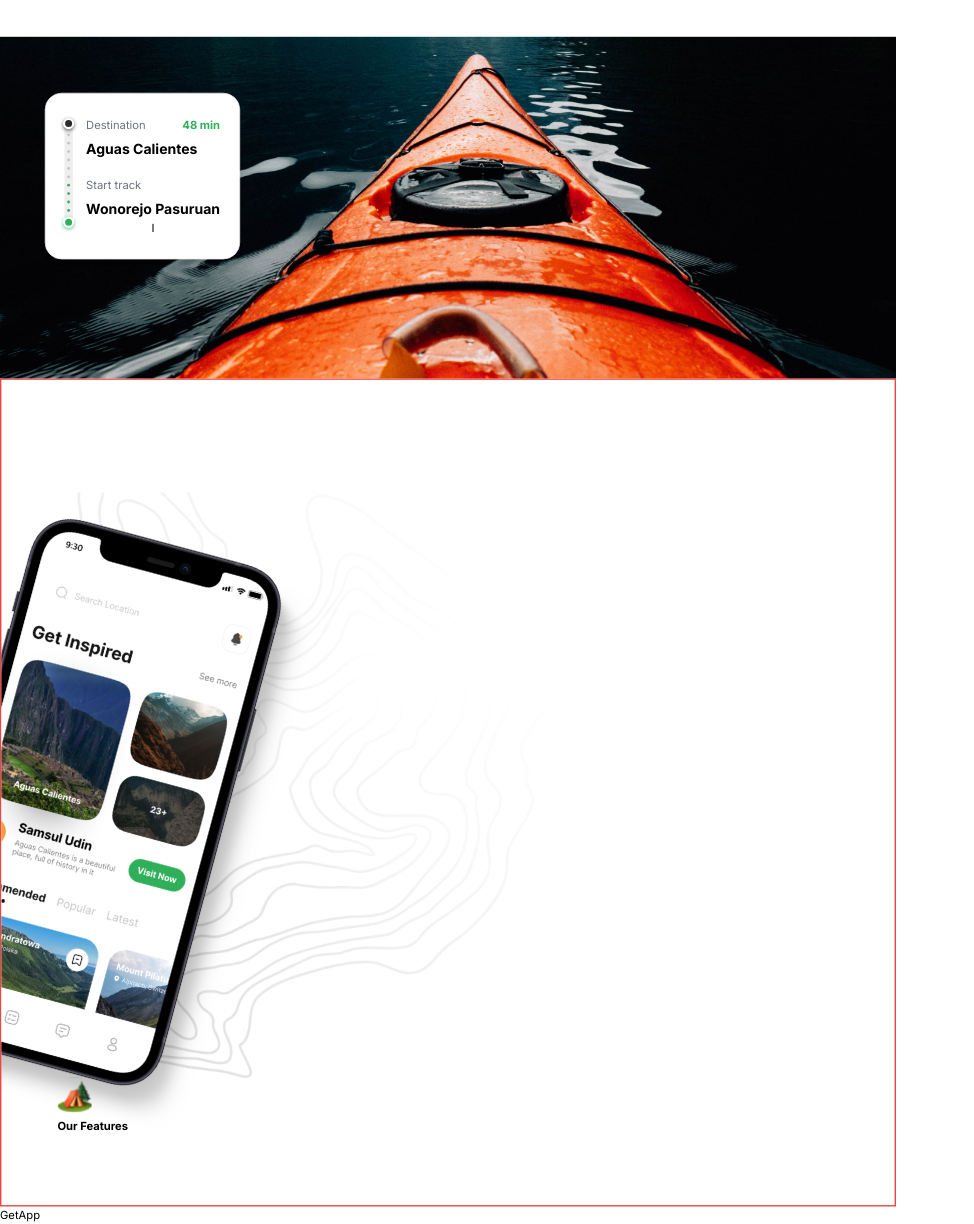
Repository: abdulrahmanmahmood/Travel-App
Page: /
An editor plug-in stored every save of this project. The page is shown before and after the next save, followed by the edit.
The browser window is 1280 px wide. The page is 1392 px wide, so the pictures cover 1392 px, including what lies to the right of the window. The pictures show the part of the page from y = 2131 to 3891 px (the page is 3879 px tall before and 3891 px after), at 70% of full size.
The project was rebuilt for these pictures with package versions that can differ from the ones it lists, and the page was loaded fresh each time. The framework's server and built-in components were replaced by stand-ins that run in the browser. Also part of the build but not shown: next.config.js.

Above is the page before, as saved 2023-11-08 11:39:01.

### app/layout.tsx
import './globals.css'
import type { Metadata } from 'next';
import './globals.css'
import Navbar from '@/components/Navbar';


export const metadata: Metadata = {
  title: 'Travel',
  description: 'Travel UI/UX App for camping',
}

export default function RootLayout({
  children,
}: {
  children: React.ReactNode
}) {
  return (
    <html lang="en">
      <body >
        <Navbar/>
        {children}
      </body>
    </html>
  )
}

### app/page.tsx
import Features from "@/components/Features"
import GetApp from "@/components/GetApp"
import Guide from "@/components/Guide"
import Hero from "@/components/Hero"
import Camp from "@/components/camp"

export default function Home() {
  return (
    <>
    <Hero/>
    <Camp/>
    <Guide/>
    <Features/>
    <GetApp/>
 </>
  )
}

### components/Navbar.tsx
import { NAV_LINKS } from "@/constants";
import Image from "next/image";
import Link from "next/link";
import Button from "./Button";

const Navbar = () => {
  return (
    <nav
      className=" flexBetween max-container padding-container relative z-30
    py-5"
    >
      <Link href="/">
        <Image src="/hilink-logo.svg" alt="logo" width={74} height={28} />
      </Link>
      <ul className="hidden h-full gap-12 lg:flex">
        {NAV_LINKS.map((link) => (
          <Link
            href={link.href}
            key={link.key}
            className="regular-16 text-gray-50 flexCenter cursor-pointer pb-1.5 transition-all hover:font-bold"
          >
            {link.label}
          </Link>
        ))}
      </ul>
      <div className="lg:flexCenter  hidden ">
        <Button
          type="button"
          title="Login"
          icon="/user.svg"
          variant="btn_dark_green"
        />
      </div>
      <Image
        src="/menu.svg"
        alt="menu"
        width={32}
        height={32}
        className="inline-block cursor-pointer lg:hidden"
      />
    </nav>
  );
};

export default Navbar;

### components/Features.tsx
import Image from "next/image"


function Features() {
  return (
    <section className="border-2 border-red-500 flex-col  flexCenter overflow-hidden bg-feature-bg bg-center bg-no-repeat py-24">
      <div className="max-container padding-container relative w-full justify-end">
        <div className="flex flex-1 lg:min-h-[900px]">
          <Image src='/phone.png' alt="phone" height={1000} width={440} className="feature-phone"/>
        </div>
        <div className="z-20 flex w-full flex-col  lg:2-[60%]">
          <div className="relative ">
            <Image src='/camp.svg' alt="camp" width={50} height={50}/>
            <h2 className="bold-16 text-3xl">Our Features</h2>
          </div>
        </div>
      </div>

    </section>
  )
}

export default Features

### components/GetApp.tsx


function GetApp() {
  return (
    <div>GetApp</div>
  )
}

export default GetApp

### components/Guide.tsx
import Image from "next/image";

function Guide() {
  return (
    <section className="flexCenter flex-col">
      <div className=" padding-container max-container w-full pb-24  ">
        <Image src="/camp.svg" alt="camp" width={50} height={50} />
        <p className="uppercase text-xl bold text-green-500 -mt-1 mb-3 ">
          WE ARE here FOR YOU
        </p>
        <div className="flex flex-wrap justify-between gap-5 lg:gap-10">
          <h2 className="capitalize  bold-40 lg:bold-64 xl:max-w-[390px]">
            Guide You to Easy Path
          </h2>
          <p className=" regular-16 text-gray-30 xl:max-w-[520px]">
            Only with the hilink application you will no longer get lost and get
            lost again, because we already support offline maps when there is no
            internet connection in the field. Invite your friends, relatives and
            friends to have fun in the wilderness through the valley and reach
            the top of the mountain
          </p>
        </div>
      </div>
      <div className=" flexCenter max-container relative w-full ">
        <Image
          src="/boat.png"
          alt="image"
          width={1440}
          height={580}
          className="w-full object-cover object-center 2xl:rounded-5"
        />
        <div className="absolute flex bg-white py-8 pl-5 pr-7 gap-3 rounded-3xl border shadow-md md:left-[5%] lg:top-20">
          <Image src='/meter.svg' alt="meter" width={15} height={158} className="h-full w-auto"/>
          <div className="flexBetween flex-col ">
            <div className="flex w-full flex-col">
              <div className="flexBetween w-full ">
                <p className="regular-16 text-gray-500">Destination</p>
                <p className="bold-16 text-green-50">48 min</p>
              </div>
              <p className="bold-20 mt-2 mb-2 ">Aguas Calientes</p>
            </div>
            <div className="flex w-full flex-col">
              <p className="regular-16 text-gray-500 mt-4">Start track</p>
              <h4 className="bold-20 mt-2 whitespace-nowrap">Wonorejo Pasuruan</h4>
            </div>
          I</div>
        </div>
      </div>
    </section>
  );
}

export default Guide;

### components/Hero.tsx
import Image from "next/image";
import Button from "./Button";

function Hero() {
  return (
    <section
      className="max-container padding-container flex flex-col gap-20
    py-10 pb-32 md:gap-27 lg:py-20  xl:flex-row"
    >
      <div className="hero-map" />
      {/* LEFT */}
      <div className="relative z-20 flex flex-1 flex-col xl:w-1/2">
        <Image
          src="/camp.svg"
          alt="camp"
          width={50}
          height={50}
          className="absolute left-[-5px] top-[-30px] w-10 lg:w-[50px]"
        />
        <h1 className="bold-52 lg:bold-88">Putuk Truno Camp Area</h1>
        <p className="regular-16 mt-6 text-gray-30 xl:max-w-[520px]">
          We want to be on each of your journeys seeking the satisfaction of
          seeing the incorruptible beauty of nature. We can help you on an
          adventure around the world in just one app
        </p>
        <div className="my-11 flex flex-wrap gap-5">
          <div className="flex items-center gap-2">
            {Array(5)
              .fill(1)
              .map((_, index) => (
                <Image
                  key={index}
                  src="/star.svg"
                  alt="star"
                  width={24}
                  height={24}
                />
              ))}
          </div>
          <p className="bold-16 lg:bold-20 text-blue-70">
            198k
            <span className="regular-16 lg:regular-20 ml-1 ">
              Excellent Reviews
            </span>
          </p>
        </div>
        <div className="flex flex-col w-full gap-3 sm:flex-row">
          <Button
            type={"button"}
            title={"Download App"}
            variant={"btn_green"}
          />
          <Button
            type={"button"}
            title={"How we work?"}
            variant={"btn_white_text"}
            icon="/play.svg"
          />
        </div>
      </div>
      <div className="relative flex flex-1 items-start ">
        <div className="relative z-20 w-[268px] flex-col gap-8 rounded-3xl bg-green-90 px-7 py-8">


          <div className="fle flex-col">

            <div className="flexBetween">
              <p className="regular-16 text-gray-20">Location</p>
              <Image src="/close.svg" alt="close" width={24} height={24} />
            </div>
            <p className="bold-20 text-white">Aguas Calientes</p>


          </div>


          <div className="flexBetween  pt-4">
            <div className="flex flex-col">
              <p className="regular-16 block text-gray-20">Distance</p>
              <p className="bold-20 text-white">173.28 mi</p>
            </div>
            <div className="flex flex-col">
              <p className="regular-16 block text-gray-20">Elevation</p>
              <p className="bold-20 text-white">2.040 km</p>
            </div>
          </div>
        </div>
      </div>
    </section>
  );
}

export default Hero;

### components/camp.tsx
import { PEOPLE_URL } from "@/constants";
import Image from "next/image";
import { type } from "os";

interface CampProps {
  backgroundImage: string;
  title: string;
  subtitle: string;
  peoplejoined: string;
}

const CampSite = ({
  backgroundImage,
  title,
  subtitle,
  peoplejoined,
}: CampProps) => {
  return (
    <div
      className={`h-full w-full min-w-[1100px] ${backgroundImage} bg-cover bg-no-repeat lg:rounded-r-5xl 2xl:rounded-5xl `}
    >
      <div className="flex h-full flex-col items-start justify-between p-6 lg:px-20 lg:py-10 ">
        <div className=" flexCenter gap-4">
          <div className="rounded-full bg-green-50 p-4">
            <Image src="/folded-map.svg" alt="folded" height={28} width={28} />
          </div>
          <div className="flex flex-col gap-1">
            <h4 className="bold-18 text-white">{title}</h4>
            <p className="regular-14 text-white">{subtitle}</p>
          </div>
        </div>
        <div className="flexCenter gap-6 ">
          <span className="flex -space-x-4 overflow-hidden">
            {PEOPLE_URL.map((url, index) => (
              <Image
                src={url}
                key={index}
                height={53}
                width={53}
                alt="alt"
                className="inline-block h-10 w-10 r-4"
              />
            ))}
          </span>
          <p className="bold-16 md:bold-20 text-white">{peoplejoined}</p>
        </div>
      </div>
    </div>
  );
};

function camp() {
  return (
    <section className=" 2xl:max-container relative flex flex-col py-10 lg-mb-10 lg:py-20 xl:mb-20">
      <div className="hide-scrollbar flex h-[340px] w-full items-start justify-start gap-8 overflow-x-auto lg:h[400px] xl:h-[640px]">
        <CampSite
          backgroundImage="bg-bg-img-1"
          title="Putuk Truno Camp"
          subtitle="Prigen, Pasuruan"
          peoplejoined="50+ Joined"
        />
        <CampSite
          backgroundImage="bg-bg-img-2"
          title="Mountain View Camp"
          subtitle="Somewhere in the Wilderness"
          peoplejoined="50+ Joined"
        />
      </div>

      <div className=" flexEnd  mt-10 px-6 lg:-mt-60 lg:mr-6 ">
        <div
          className="bg-green-50 p-8 lg:max-w-[500px] xl:max-[734px]
        xl:rounded-5xl xl:px-16 px:py-20 relative w-full overflow-hidden rounded-3xl "
        >
          <h2 className="regular-24 md:regular-32 2xl:regular-64 text-white capitalize">
            <strong>Feeling Lost</strong> And Not Knowing The Way?
          </h2>
          <p className="regular-14 xl:regular-16 mt-5 text-white">
            Starting from the anxiety of the climbers when visiting a new
            climbing location, the possibility of getting lost is very large.
            That's why we are here for those of you who want to start an
            adventure
          </p>
          <Image src='/quote.svg'
          alt="camp-2"
          width={186}
          height={219}
          className="camp-quote"
          />
        </div>
      </div>
    </section>
  );
}

export default camp;

### constants/index.ts
export const NAV_LINKS = [
  {href:"/", key:"home", label:"home"},
  { href: '/', key: 'how_hilink_work', label: 'How Hilink Work?' },
  { href: '/', key: 'services', label: 'Services' },
  { href: '/', key: 'pricing ', label: 'Pricing ' },
  { href: '/', key: 'contact_us', label: 'Contact Us' },
]

export const PEOPLE_URL = [
  '/person-1.png',
  '/person-2.png',
  '/acpc-modified (1).png',
  '/person-4.png',
];

### components/Button.tsx
import Image from "next/image";

type ButtonProps = {
  type: "button" | "submit";
  title: string;
  icon?: string;
  variant: string;
};

function Button({ type, title, icon, variant }: ButtonProps) {
  return (
    <button
      type={type}
      className={`flexCenter gap-3 rounded-full border ${variant}`}
    >
      {icon && <Image src={icon} alt={title} width={24} height={24} />}
      <label className="bold-16 whitespace-nowrap">{title}</label>
    </button>
  );
}

export default Button;

Loaded but not shown: app/globals.css (common file); tailwind.config.ts (common file)

After the next save:
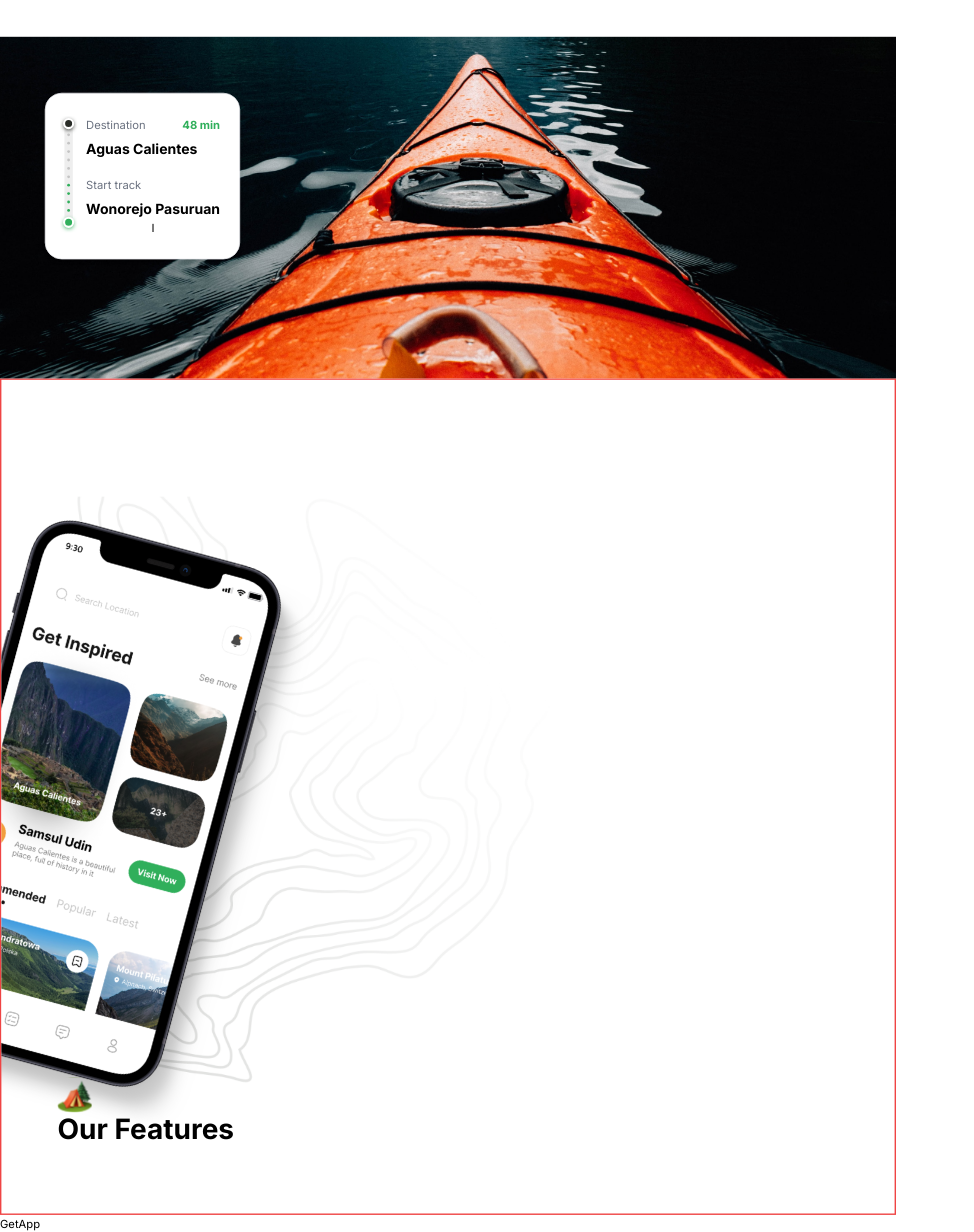
Saved 15 s later.
--- a/components/Features.tsx
+++ b/components/Features.tsx
@@ -11,7 +11,7 @@ function Features() {
         <div className="z-20 flex w-full flex-col  lg:2-[60%]">
           <div className="relative ">
             <Image src='/camp.svg' alt="camp" width={50} height={50}/>
-            <h2 className="bold-16 text-3xl">Our Features</h2>
+            <h2 className="bold-40 text-3xl">Our Features</h2>
           </div>
         </div>
       </div>
